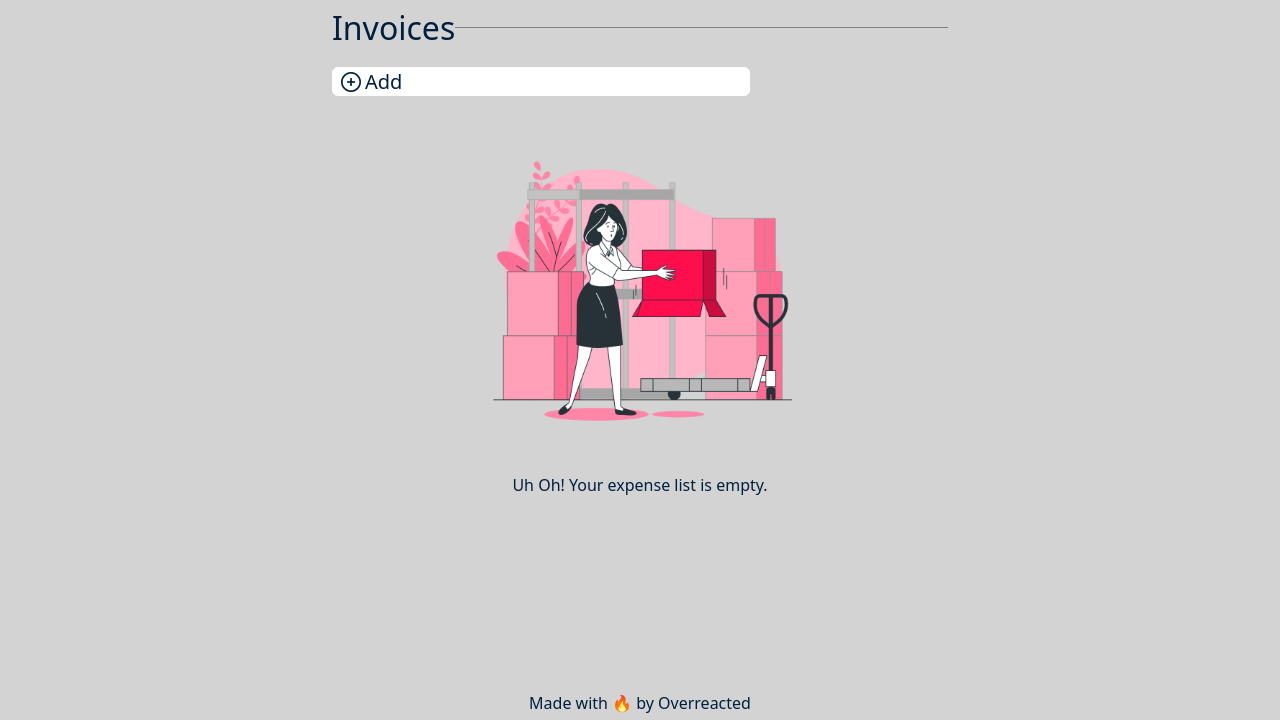
Repository: om1ars/task3
Page: /
These files come from the project's save history. The page is drawn as it stood at one moment and after the next save; the edit follows.
The browser window is 1280 px wide. The pictures show the whole page.
Some web libraries are served in a nearby version. The project was rebuilt for these pictures with package versions that can differ from the ones it lists, and the page was loaded fresh each time. Also part of the build but not shown: src/constants/add-expense.js, src/components/add-form/add-form.css, src/components/add-form/success-modal.css, src/components/add-form/success-modal.js, src/components/add-form/index.js, src/pages/add-expense/add-expense.css, src/pages/add-expense/index.js, src/components/expense-list/card.css and 1 more.

Above is the page before, as saved 2021-12-18 14:44:01.

After the next save:
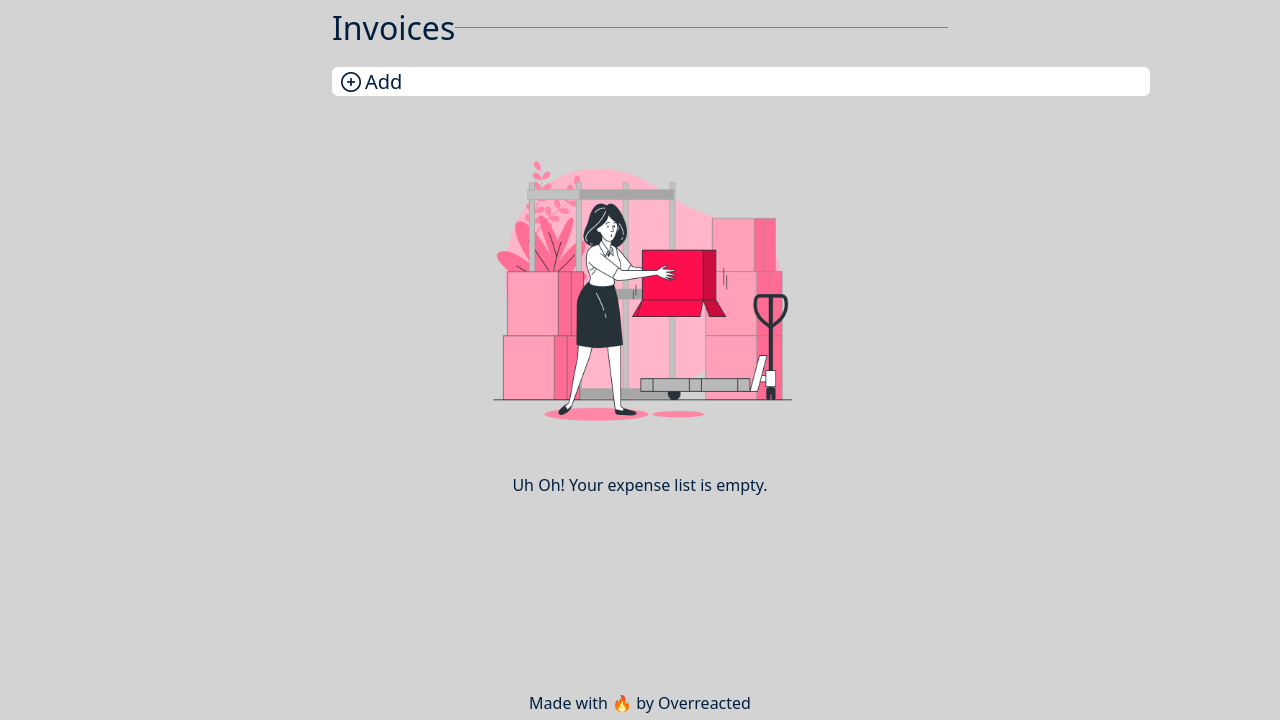
Saved 18 s later.
--- a/src/components/top-fold/index.js
+++ b/src/components/top-fold/index.js
@@ -23,7 +23,7 @@ const TopFold = () => {
             />
           </div> */}
           <Link to="/add-expense">
-            <div className="add-button" style={{width: '400px', backgroundColor: 'white'}}>
+            <div className="add-button" style={{width: '800px', backgroundColor: 'white'}}>
               <i class="fi-rr-add"></i>
               <label>Add</label>
             </div>
